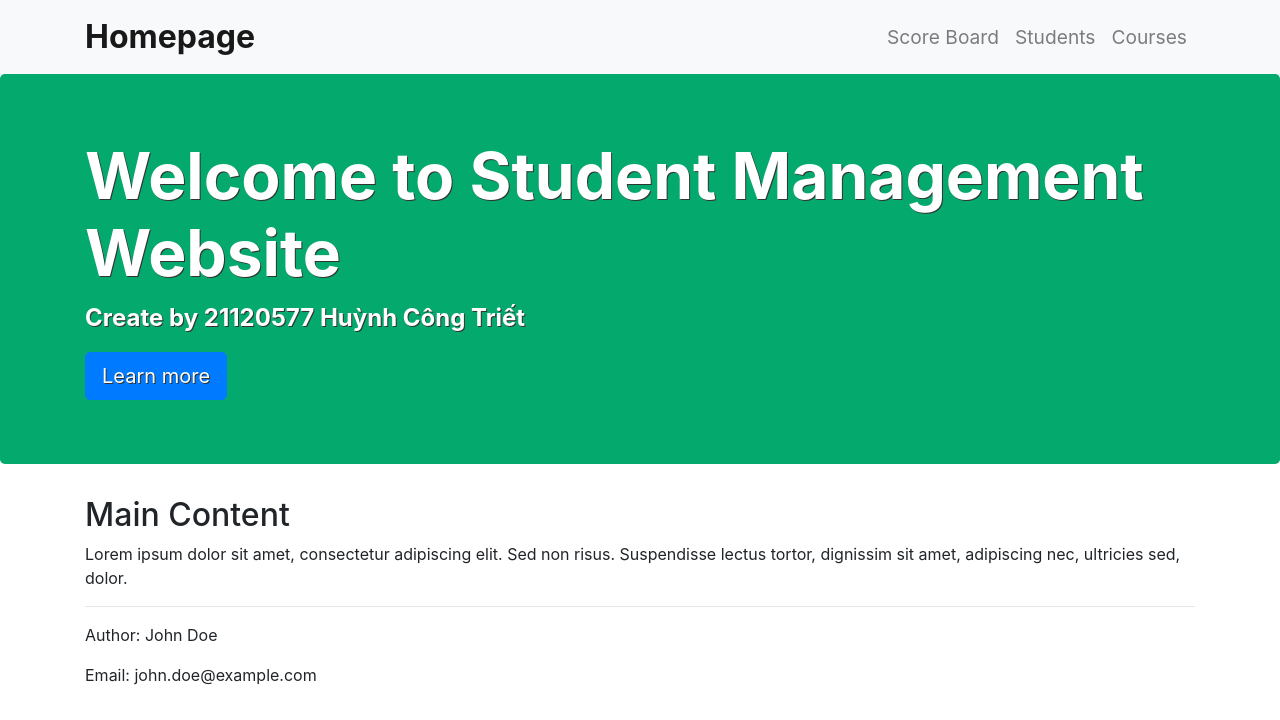
Repository: USTriett/Java-Servlet-JDBC-JSP-
Page: http://localhost/StudentManageServlet/
An editor plug-in stored every save of this project. The page is shown before and after the next save, followed by the edit.
The browser window is 1280 px wide. The pictures show the whole page.
The page is served by Tomcat 9. Other server files are loaded and not shown.

Above is the page before, as saved 2023-04-20 18:44:14.

### StudentManageServlet/src/main/webapp/WebContent/index.jsp
<%@ page language="java" contentType="text/html; charset=UTF-8"
	pageEncoding="UTF-8"%>
<!DOCTYPE html>
<html>
<head>
<title>Homepage</title>
<!--Add Bootstrap 4 CSS link -->
<link rel="stylesheet"
	href="https://maxcdn.bootstrapcdn.com/bootstrap/4.5.2/css/bootstrap.min.css">
<style>
/* Custom styles */
.navbar-brand {
	font-size: 2rem;
	font-weight: bold;
	color: #333;
}

.navbar-nav .nav-link {
	font-size: 1.2rem;
	color: #333;
}

.jumbotron {
	background-color:#04aa6d;
	background-size: cover;
	color: #fff;
	text-shadow: 1px 1px #333;
}

.jumbotron h1 {
	font-size: 4rem;
	font-weight: bold;
}

.jumbotron p {
	font-size: 1.5rem;
	font-weight: bold;
}

.card {
	margin-bottom: 1rem;
}

.card img {
	height: 200px;
	object-fit: cover;
}

.card-title {
	font-size: 1.5rem;
	font-weight: bold;
}

.card-text {
	font-size: 1.2rem;
}
</style>
</head>
<!-- Navbar -->
<nav class="navbar navbar-expand-lg navbar-light bg-light">
	<div class="container">
		<!--Brand/logo -->
		<a class="navbar-brand" href="./">Homepage</a>
		<button class="navbar-toggler " type="button" data-toggle="collapse"
			data-target="#navbarNav" aria-controls="navbarNav"
			aria-expanded="false" aria-label="Toggle navigation">
			<span class="navbar-toggler-icon"></span>
		</button>
		<!--Menu items -->
		<div class="collapse navbar-collapse" id="navbarNav">
			<ul class="navbar-nav ml-auto">
				<li class="nav-item"><a class="nav-link" href="./ScoreBoard">Score
						Board</a></li>
				<li class="nav-item"><a class="nav-link" href="./ListStudent">Students</a>
				</li>
				<li class="nav-item"><a class="nav-link" href="./courses">Courses</a>
				</li>
			</ul>
		</div>
	</div>
</nav>

<!--Jumbotron -->
<div class="jumbotron">
	<div class="container">
		<h1>Welcome to Student Management Website</h1>
		<p>Create by 21120577 Huỳnh Công Triết</p>
		<a class="btn btn-primary btn-lg" href="#" role="button">Learn
			more</a>
	</div>
</div>

<!--Main content -->
<div class="container">
  <h2>Main Content</h2>
  <p>Lorem ipsum dolor sit amet, consectetur adipiscing elit. Sed non risus. Suspendisse lectus tortor, dignissim sit amet, adipiscing nec, ultricies sed, dolor.</p>
</div>

<!-- Author information -->
<div class="container">
  <hr>
  <p>Author: John Doe</p>
  <p>Email: john.doe@example.com</p>
</div>

<!--Add Bootstrap 4 JS links -->
<script src="https://code.jquery.com/jquery-3.5.1.slim.min.js"></script>
<script
	src="https://cdn.jsdelivr.net/npm/@popperjs/core@2.11.6/dist/umd/popper.min.js"></script>
<script
	src="https://maxcdn.bootstrapcdn.com/bootstrap/4.5.2/js/bootstrap.min.js"></script>
</body>
</html>

After the next save:
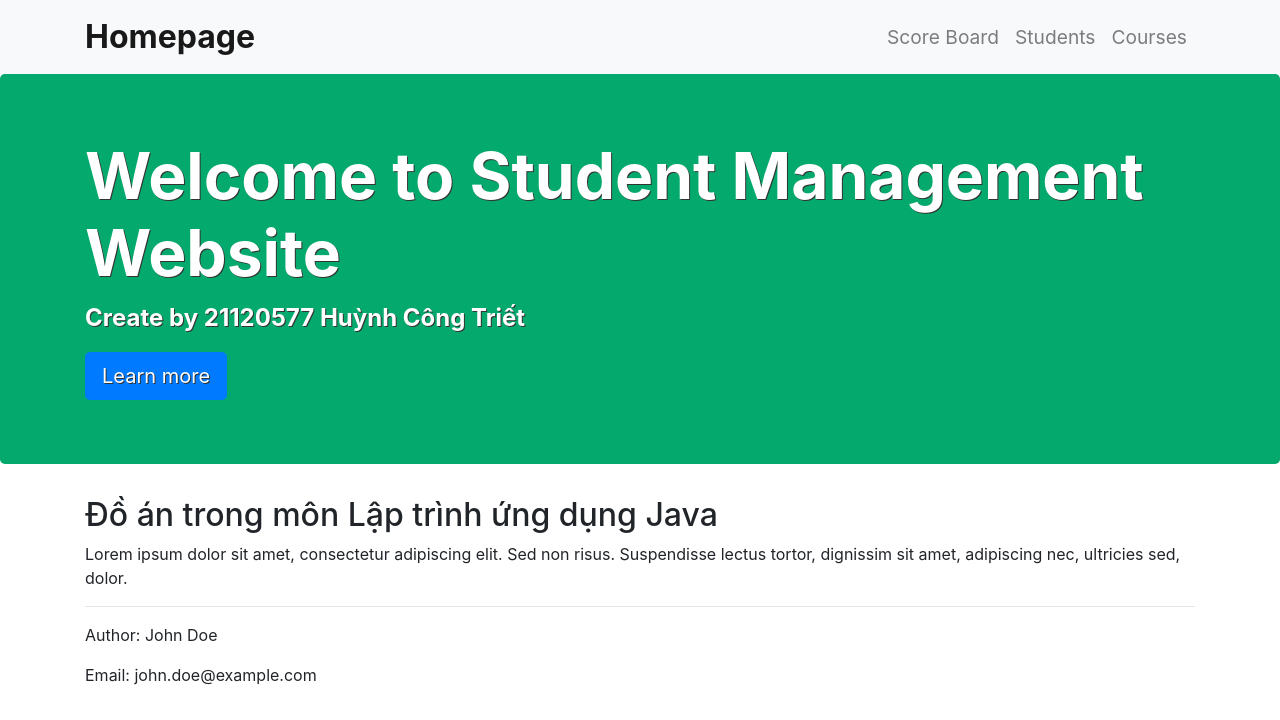
Saved 56 s later.
--- a/StudentManageServlet/src/main/webapp/WebContent/index.jsp
+++ b/StudentManageServlet/src/main/webapp/WebContent/index.jsp
@@ -92,7 +92,7 @@
 
 <!--Main content -->
 <div class="container">
-  <h2>Main Content</h2>
+  <h2>Đồ án trong môn Lập trình ứng dụng Java</h2>
   <p>Lorem ipsum dolor sit amet, consectetur adipiscing elit. Sed non risus. Suspendisse lectus tortor, dignissim sit amet, adipiscing nec, ultricies sed, dolor.</p>
 </div>
 
